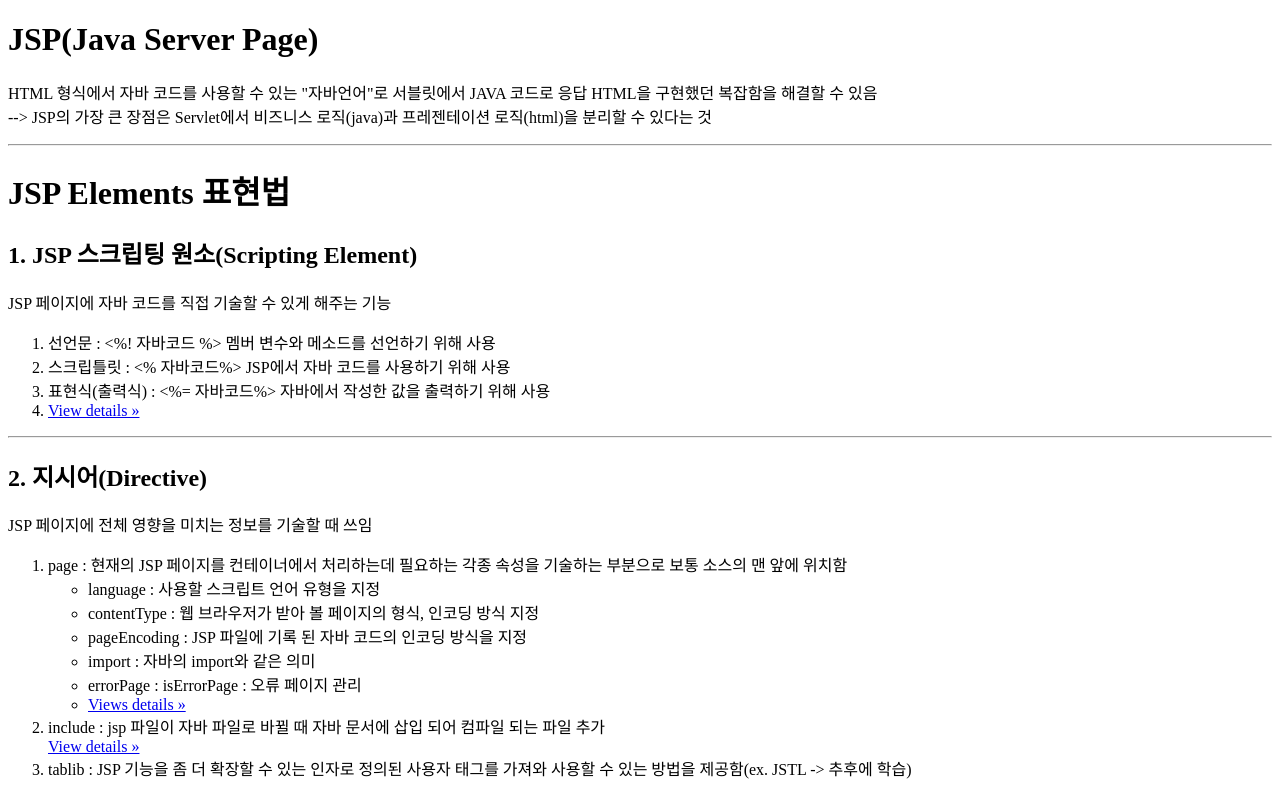
Repository: chuhj1226/servlet
Page: workspace/2_JSP/WebContent/index.html
An editor plug-in stored every save of this project. The page is shown before and after the next save, followed by the edit.
The browser window is 1280 px wide. The pictures show the whole page.

Above is the page before, as saved 2021-10-05 10:12:07.

After the next save:
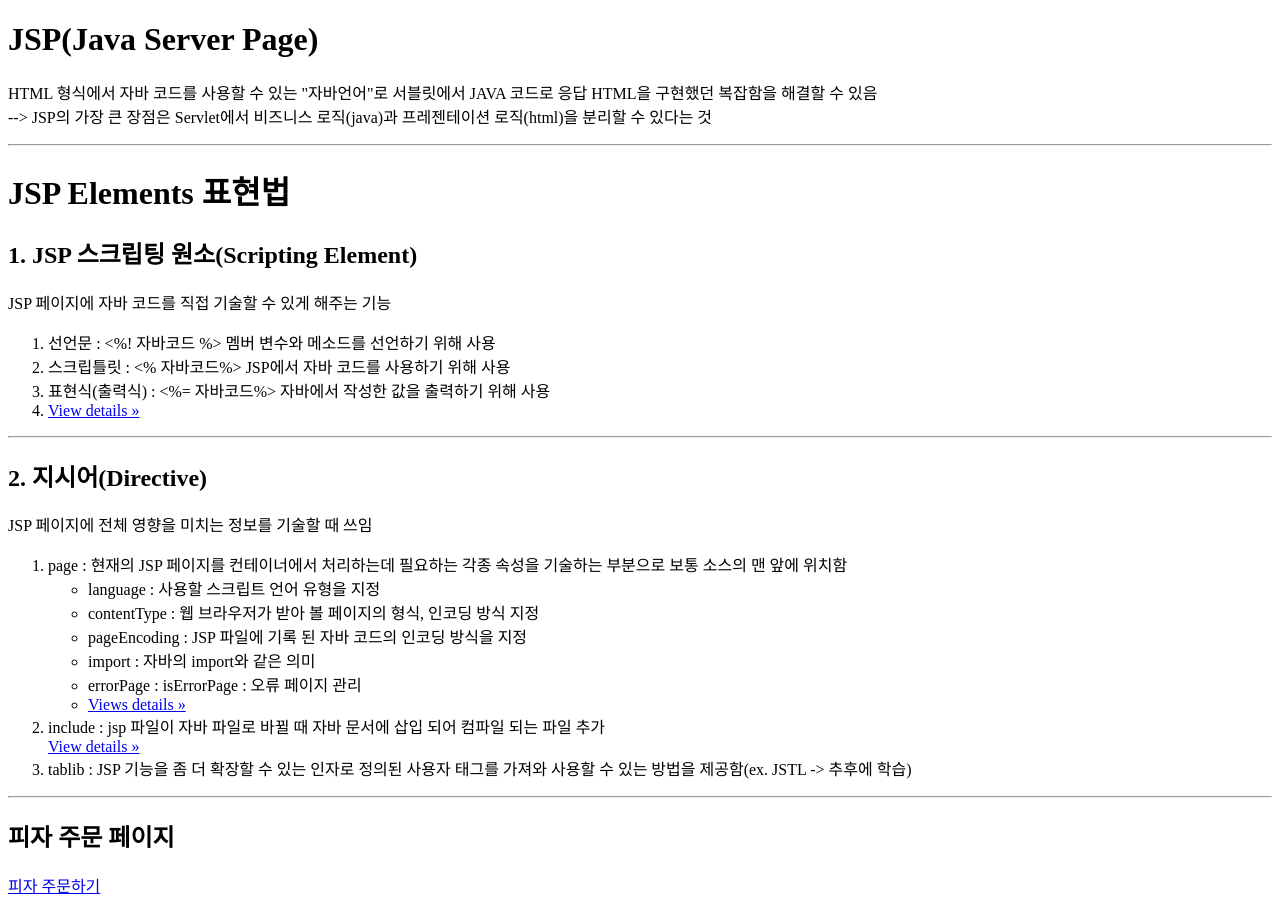
Saved 2 min 5 s later.
--- a/workspace/2_JSP/WebContent/index.html
+++ b/workspace/2_JSP/WebContent/index.html
@@ -58,5 +58,10 @@
 					방법을 제공함(ex. JSTL -> 추후에 학습)
 				</li>
 		</ol>
+
+		<hr>
+
+		<h2>피자 주문 페이지</h2>
+		<a href="views/04_pizzaOrderForm.jsp">피자 주문하기</a>
 	</body>
 	</html>
